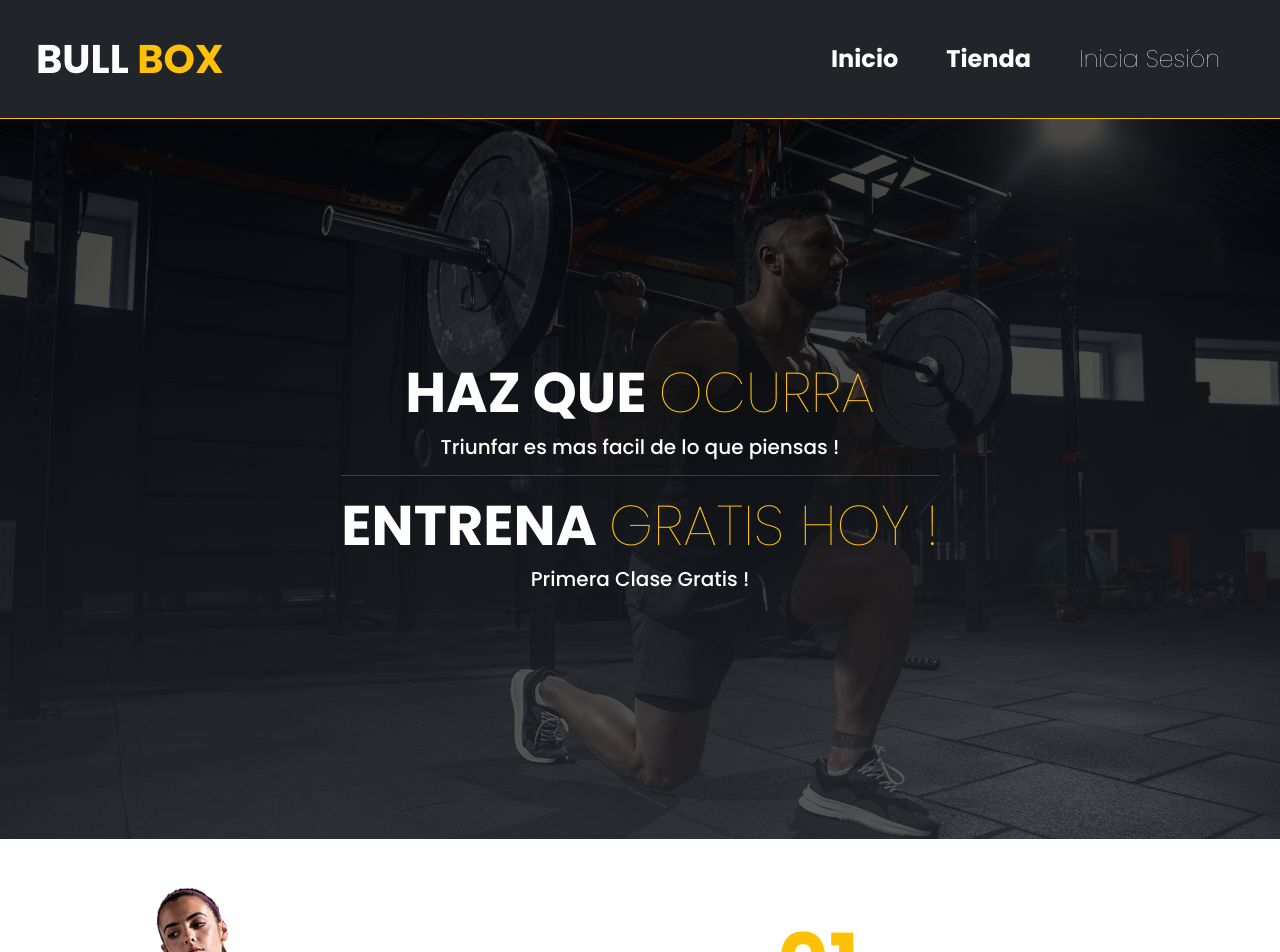
Repository: enjeru13/BullBox
Page: / (app in BullBox/)
These files come from the project's save history. The page is drawn as it stood at one moment and after the next save; the edit follows.
The browser window is 1280 px wide. The pictures show the part of the page from y = 0 to 952 px (the page is 4177 px tall).
The project was rebuilt for these pictures with package versions that can differ from the ones it lists, and the page was loaded fresh each time. Also part of the build but not shown: BullBox/vite.config.js, BullBox/src/pages/Registro.jsx, BullBox/src/pages/Login.jsx, BullBox/src/pages/Perfil.jsx, BullBox/src/pages/Tienda.jsx, BullBox/ProtectedRoute.jsx.

Above is the page before, as saved 2024-10-28 12:23:22.

### BullBox/index.html
<!doctype html>
<html lang="en">
  <head>
    <meta charset="UTF-8" />
    <link rel="icon" type="image/svg+xml" href="/vite.svg" />
    <link rel="preconnect" href="https://fonts.googleapis.com">
<link rel="preconnect" href="https://fonts.gstatic.com" crossorigin>
<link href="https://fonts.googleapis.com/css2?family=Poppins:ital,wght@0,100;0,200;0,300;0,400;0,500;0,600;0,700;0,800;0,900;1,100;1,200;1,300;1,400;1,500;1,600;1,700;1,800;1,900&family=Raleway:ital,wght@0,100;0,200;0,300;0,400;0,500;0,600;0,700;0,800;0,900;1,100;1,200;1,300;1,400;1,500;1,600;1,700;1,800;1,900&display=swap" rel="stylesheet">
    <meta name="viewport" content="width=device-width, initial-scale=1.0" />
    <title>Bull Box</title>
  </head>
  <body>
    <div id="root"></div>
    <script type="module" src="/src/main.jsx"></script>
    <script
    src="https://cdn.jsdelivr.net/npm/bootstrap@5.0.2/dist/js/bootstrap.bundle.min.js"
    integrity="sha384-MrcW6ZMFYlzcLA8Nl+NtUVF0sA7MsXsP1UyJoMp4YLEuNSfAP+JcXn/tWtIaxVXM"
    crossorigin="anonymous"
  ></script>
</html>

### BullBox/src/App.jsx
import { BrowserRouter, Routes, Route } from 'react-router-dom'
import { AuthProvider } from './context/AuthContext'
import Header from './components/Header'
import Inicio from './pages/Inicio'
import Registro from './pages/Registro'
import Login from './pages/Login'
import Perfil from './pages/Perfil'
import Tienda from './pages/Tienda'
import ProtectedRoute from '../ProtectedRoute'
import Footer from './components/Footer'

function App() {
  return (
    <AuthProvider>
      <BrowserRouter>
        <Header/>
        <Routes>
          <Route path='/' element={<Inicio />} />

          <Route path='/register' element={<Registro />} />

          <Route path='/login' element={<Login />} />

          <Route path='/tienda' element={<Tienda />} />

          <Route element={<ProtectedRoute/>}>
            <Route path='/profile' element={<Perfil />} />
          </Route>

        </Routes>
        <Footer/>
      </BrowserRouter>
    </AuthProvider>
  )
}

export default App

### BullBox/src/index.css
* {
 margin: 0;
 padding: 0;
 font-family: "Poppins", serif;
 font-optical-sizing: auto;
 font-weight: 100;
 font-style: normal;
}

/* Inicio */

.bg-image {
  background: linear-gradient(rgba(0, 0, 0, 0.717), rgba(36, 38, 42, 0.745)), url("/img/fondo.jpg");
  height: 100vh; /* 100vh = 100% de la altura de la viewport */
  width: 100vw; /* 100vw = 100% del ancho de la viewport */
  background-size: cover; /* Hace que la imagen cubra todo el espacio disponible */
  background-position: center; /* Centra la imagen */
  background-repeat: no-repeat; /* Evita que la imagen se repita */
  justify-content: center;
  align-items: center;
  display: flex;
}

/* Nosotros */

.bg {
  background-color: #dde1e9;
}

.justified-text {
  text-align: justify;
}

/* Servicios */

.bg-image-servicios {
  background: linear-gradient(rgba(0, 0, 0, 0.717), rgba(36, 38, 42, 0.745)), url("/img/fondo-servicios.jpg");
  background-size: cover; /* Hace que la imagen cubra todo el espacio disponible */
  background-position: center; /* Centra la imagen */
  background-repeat: no-repeat; /* Evita que la imagen se repita */
}

/* Planes */

.bg-image-planes {
  background: linear-gradient(rgba(0, 0, 0, 0.717), rgba(36, 38, 42, 0.745)), url("/img/fondo-planes1.jpg");
  background-size: cover; /* Hace que la imagen cubra todo el espacio disponible */
  background-position: center; /* Centra la imagen */
  background-repeat: no-repeat; /* Evita que la imagen se repita */
}

.bg-card {
  background: linear-gradient(rgba(0, 0, 0, 0.745), rgb(18, 17, 17));
}

### BullBox/src/context/AuthContext.jsx
import { createContext, useContext, useState, useEffect } from 'react'
import { registerRequest, loginRequest, verifyTokenRequest } from '../api/auth'
import Cookies from 'js-cookie'

const AuthContext = createContext();

// eslint-disable-next-line react-refresh/only-export-components
export const useAuth = () => {
    const context = useContext(AuthContext)
    if (!context) {
        throw new Error('useAuth deberia estar dentro del Provider')
    }
    return context
}

// eslint-disable-next-line react/prop-types
export const AuthProvider = ({ children }) => {

    const [user, setUser] = useState(null)
    const [isAuthenticated, setIsAuthenticated] = useState(false)
    const [errors, setErrors] = useState([])
    const [loading, setLoading] = useState(true)

    const signUp = async (user) => {
        try {
            const res = await registerRequest(user)
            console.log(res.data)
            setUser(res.data)
            setIsAuthenticated(true)
        } catch (error) {
            console.log(error.response)
            setErrors(error.response.data)
        }
    }

    const signIn = async (user) => {
        try {
            const res = await loginRequest(user)
            console.log(res.data)
            setUser(res.data)
            setIsAuthenticated(true)
        } catch (error) {
            if (Array.isArray(error.response.data)) {
                return setErrors(error.response.data)
            }
            setErrors([error.response.data.message])
        }
    }

    const logOut = () => {
        Cookies.remove('token')
        setIsAuthenticated(false)
        setUser(null)
    }

    // timer de las alertas de errores

    useEffect(() => {
        if (errors.length > 0) {
            const timer = setTimeout(() => {
                setErrors([])
            }, 3000);
            return () => clearTimeout(timer)
        }
    }, [errors])

    useEffect(() => {
        async function checkLogin() {
            const cookies = Cookies.get()

            if (!cookies.token) {
                setIsAuthenticated(false)
                setLoading(false)
                return setUser(null)
            }
            try {
                const res = await verifyTokenRequest(cookies.token)
                if (!res.data) {
                    setIsAuthenticated(false)
                    setLoading(false)
                    return
                }

                setIsAuthenticated(true)
                setUser(res.data)
                setLoading(false)

            } catch (error) {
                console.log(error)
                setIsAuthenticated(false)
                setUser(null)
                setLoading(false)
            }
        }
        checkLogin()
    }, [])

    return (
        <AuthContext.Provider value={{
            signUp,
            signIn,
            logOut,
            loading,
            user,
            isAuthenticated,
            errors,
        }}>
            {children}
        </AuthContext.Provider>
    )
}

export default AuthContext

### BullBox/src/components/Header.jsx
import { Link } from "react-router-dom"
import { useAuth } from '../context/AuthContext'

function Header() {

    const { isAuthenticated, logOut, user } = useAuth()

    return (
        <>
            <nav className="navbar navbar-expand-lg bg-dark border-bottom border-warning p-4 sticky-top">
                <div className="container-fluid">
                    <a className="navbar-brand text-white fs-1 fw-bold" href='#'>BULL <span className="text-warning fw-bold">BOX</span></a>
                    <button className="navbar-toggler border-2 border-warning" type="button" data-bs-toggle="collapse" data-bs-target="#navbarNav" aria-controls="navbarNav" aria-expanded="false" aria-label="Toggle navigation">
                        <span className="navbar-toggler-icon"></span>
                    </button>
                    <div className="collapse navbar-collapse " id="navbarNav">
                        <ul className="navbar-nav ms-auto justify-content-center align-items-center">
                            <li className="nav-item">
                                <Link className="nav-link text-white fs-4 active mx-3 fw-bold" aria-current="page" to="/">Inicio</Link>
                            </li>
                            <li className="nav-item">
                                <Link className="nav-link text-white fs-4 mx-3 fw-bold" to="/tienda">Tienda</Link>
                            </li>
                            {isAuthenticated ? (
                                <>
                                    <li className="nav-item">
                                        <Link className="nav-link text-white fs-4 mx-3 fw-bold" to='/profile'>Tu perfil {user.username} </Link>
                                    </li>
                                    <li className="nav-item ">
                                        <Link className="nav-link text-white fs-4 mx-3 fw-bold" to='/' onClick={() => {
                                            logOut()
                                        }}>Cerrar Sesión</Link>
                                    </li>
                                </>
                            ) : (
                                <>
                                    <li className="nav-item">
                                        <Link className="nav-link text-white fs-4 mx-3" to="/login">Inicia Sesión</Link>
                                    </li>
                                </>)}
                        </ul>
                    </div >
                </div >
            </nav >
        </>
    )
}

export default Header

### BullBox/src/pages/Inicio.jsx
import { FontAwesomeIcon } from '@fortawesome/react-fontawesome';
import { faLocationPin, faDumbbell, faPersonRunning, faWeightHanging } from '@fortawesome/free-solid-svg-icons';
import nosotros from '/img/nosotros.png'
import servicios from '/img/servicios.png'
import QRvzla from '/img/QRvzla.jpg'
import Mapa from '../components/Mapa'

function Inicio() {
    return (
        <>
            {/* Inicio */}

            <section className="bg-image text-center text-white fw-bold">
                <div className=''>
                    <h2 className='fw-bold display-4'>HAZ QUE <span className='text-warning'>OCURRA</span></h2>
                    <h5 className=''>Triunfar es mas facil de lo que piensas !</h5>
                    <hr className='text-warning' />
                    <h2 className='fw-bold display-4'>ENTRENA <span className='text-warning'>GRATIS HOY ! </span> </h2>
                    <h5 className=''>Primera Clase Gratis !</h5>
                </div>
            </section>

            {/* Nosotros */}

            <section className='container fw-bold p-5'>
                <div className='row justify-content-center align-items-center'>
                    <div className='col-md-4'>
                        <img className='img-fluid' src={nosotros} />
                    </div>
                    <div className='col-md-8 my-4 text-center'>
                        <div className='text-warning fw-bold display-1'>
                            01
                        </div>
                        <span className='fw-bold'>LA MEJOR EXPERIENCIA</span>
                        <h1 className='text-warning fw-bold display-4'>NOSOTROS</h1>
                        <p className='justified-text pt-3 fw-bold'> Creemos en el poder del movimiento y en el potencial ilimitado de cada persona. Nuestro equipo de expertos te guiará en cada paso del camino, diseñando planes de entrenamiento personalizados para ayudarte a alcanzar tus metas. </p>
                    </div>
                </div>
                <div >
                    <h1 className='text-center pt-3 pb-3 text-warning fw-bold'>Nuestra ubicacion</h1>
                    <Mapa />
                </div>
                <div>
                    <h3 className='text-center pt-4 fw-bold'> <FontAwesomeIcon className='text-warning me-2' icon={faLocationPin} />Barrio Obrero Calle 15 entre Carreras 21 y 22</h3>
                </div>
            </section>

            {/* Servicios */}

            <section className='bg-image-servicios fw-bold p-5 text-center text-white'>
                <div className='row justify-content-center align-items-center'>
                    <div className='col-md-8 my-4 text-center'>
                        <div className='text-warning fw-bold display-1'>
                            02
                        </div>
                        <span className='fw-bold'>LA MEJOR EXPERIENCIA</span>
                        <h2 className='text-warning fw-bold display-4'>SERVICIOS</h2>
                        <p className='justified-text pt-3 fw-bold'> ¿Sueñas con un cuerpo más fuerte y saludable?, te ofrecemos todo lo que necesitas para alcanzar tus metas. Desde entrenamientos personalizados hasta clases grupales dinámicas, te guiaremos paso a paso en tu transformación física y mental. </p>
                    </div>
                    <div className='col-md-4'>
                        <img className='img-fluid' src={servicios} />
                    </div>
                </div>
            </section>

            <div className="card text-center m-4 fw-bold bg-dark text-white">
                <div className="card-header border-warning">
                    <h2 className="text-center fw-bold"><i className='me-3'><FontAwesomeIcon icon={faDumbbell} /></i>Clases de <span className='text-warning fw-bold'>Levantamiento de Pesas</span></h2>
                </div>
                <div className="card-body">
                    <p className="card-text text-center fw-bold">El levantamiento de pesas es el ejercicio perfecto para tonificar tus músculos y esculpir tu cuerpo. ¡Anímate a probarlo!</p>
                </div>
            </div>

            <div className="card text-center m-4 fw-bold bg-dark text-white">
                <div className="card-header border-warning">
                    <h2 className=" fw-bold card-title text-center"><i className='me-3'><FontAwesomeIcon icon={faWeightHanging} /></i>Clases de <span className='text-warning fw-bold'>Crosstraining</span></h2>
                </div>
                <div className="card-body">
                    <p className="card-text text-center fw-bold">Combina ejercicios funcionales, constantemente variados y ejecutados a alta intensidad, para mejorar tu fuerza, resistencia y condición física general. ¡Descubre tu potencial!</p>
                </div>
            </div>

            <div className="card text-center m-4 fw-bold bg-dark text-white">
                <div className="card-header border-warning">
                    <h2 className=" fw-bold card-title text-center"><i className='me-3'><FontAwesomeIcon icon={faPersonRunning} /></i>Entrenamientos <span className='text-warning fw-bold'>GAP</span></h2>
                </div>
                <div className="card-body">
                    <p className="card-text text-center fw-bold">Este entrenamiento se enfoca en fortalecer glúteos, abdomen y piernas, logrando una figura más tonificada y definida. ¡Ideal para quienes buscan resultados rápidos y efectivos!</p>
                </div>
            </div>

            {/* Planes */}

            <section className='bg-image-planes fw-bold p-5 text-center text-white'>
                <div className=''>
                    <div className='text-warning fw-bold display-1'>
                        03
                    </div>
                    <span className='fw-bold'>LA MEJOR EXPERIENCIA</span>
                    <h2 className='text-warning fw-bold display-4'>Planes</h2>
                </div>
                <p className='justified-text pt-3 fw-bold'>Elige el plan que se adapte a tu estilo de vida y alcanza tus objetivos de forma rápida y segura. Ofrecemos planes personalizados con entrenamiento funcional, cardiovascular y asesoramiento nutricional para optimizar tus resultados. ¡Únete a nuestra comunidad fitness y descubre tu máximo potencial ! </p>
                <div className="row row-cols-1 row-cols-md-3 g-5 pt-5">
                    <div className="col">
                        <div className="bg-card card h-100">
                            <div className="card-body">
                                <h5 className="card-title text-center text-warning display-3 fw-bold m-3 border-bottom border-3 border-warning">2 BULL</h5>
                                <p className="card-text text-center text-white fs-1 fw-bold">2 CLASES POR SEMANA</p>
                                <br />
                                <p className='text-center fs-1 text-warning fw-bold'>12$</p>
                                <p className='text-center text-white fs-1 fw-bold'>MENSUAL</p>
                            </div>
                        </div>
                    </div>
                    <div className="col">
                        <div className="bg-card card h-100">
                            <div className="card-body">
                                <h5 className="card-title text-center text-warning display-3 fw-bold border-bottom border-3 border-warning">FULL BOX</h5>
                                <br />
                                <p className="card-text text-center text-white fs-1 fw-bold ">5 CLASES POR SEMANA</p>
                                <br />
                                <p className='text-center fs-1 text-warning fw-bold'>20$</p>
                                <p className='text-center text-white fs-1 fw-bold'>MENSUAL</p>
                            </div>
                        </div>
                    </div>
                    <div className="col">
                        <div className="bg-card card h-100">
                            <div className="card-body">
                                <h5 className="card-title text-center text-warning display-3 fw-bold m-3 border-bottom border-3 border-warning">3 BULL</h5>
                                <p className="card-text text-center text-white fs-1 fw-bold">3 CLASES POR SEMANA</p>
                                <br />
                                <p className='text-center fs-1 text-warning fw-bold'>15$</p>
                                <p className='text-center text-white fs-1 fw-bold'>MENSUAL</p>
                            </div>
                        </div>
                    </div>
                    <div className='container-fluid h-100 d-flex flex-column justify-content-center align-items-center pt-5'>
                        <button type="button" className="btn btn-warning fw-bold fs-4" data-bs-toggle="modal" data-bs-target="#staticBackdrop">
                            Metodos de Pago
                        </button>
                    </div>
                    <div className="modal fade" id="staticBackdrop" data-bs-backdrop="static" data-bs-keyboard="false" tabIndex="-1" aria-labelledby="staticBackdropLabel" aria-hidden="true">
                        <div className="modal-dialog">
                            <div className="modal-content bg-dark">
                                <div className="modal-header">
                                    <h1 className="modal-title text-warning fs-4" id="staticBackdropLabel">Métodos de Pago</h1>
                                    <button type="button" className="btn-close" data-bs-dismiss="modal" aria-label="Close"></button>
                                </div>
                                <div className="modal-dialog modal-dialog-scrollable text-warning fs-5">
                                    Utiliza el método de pago que mejor se adapte a ti!
                                </div>
                                <p className='text-warning text-center fs-5'>QR Banco de Venezuela</p>
                                <img src={QRvzla} alt="QR banco de Venezuela" />
                                <p className='text-warning text-center fs-5 pt-3'>QR Banco de Venezuela</p>
                                <img src={QRvzla} alt="" />
                                <p className='text-warning text-center fs-5'>QR Banco de Venezuela</p>
                                <img src={QRvzla} alt="" />
                            </div>
                        </div>
                    </div>
                </div>
            </section>
            {/* <Footer /> */}
        </>

    )
}

export default Inicio

### BullBox/src/components/Footer.jsx
import { FontAwesomeIcon } from '@fortawesome/react-fontawesome';
import { faWhatsapp, faFacebook, faInstagram } from '@fortawesome/free-brands-svg-icons';

function Footer() {
    return (
        <div className='d-flex flex-column align-items-center text-center bg-dark border-top border-warning container-fluid p-1'>
            <h5 className='text-white fw-bold'>2024 - BULL <span className='text-warning fw-bold'>BOX</span> Todos los Derechos Reservados</h5>
            <div className="d-flex justify-content-center">
                <div className="nav-item">
                    <a className="nav-link text-white fs-2" href="#"><FontAwesomeIcon icon={faWhatsapp} /></a>
                </div>
                <div className="nav-item">
                    <a className="nav-link text-white fs-2 ms-5" href="#"><FontAwesomeIcon icon={faFacebook} /></a>
                </div>
                <div className="nav-item">
                    <a className="nav-link text-white fs-2 ms-5" href="#"><FontAwesomeIcon icon={faInstagram} /></a>
                </div>
            </div>
        </div>
    )
}

export default Footer

### BullBox/src/api/auth.js
import axios from "./axios";

export const registerRequest = (user) => axios.post(`/register`, user);

export const loginRequest = (user) => axios.post(`/login`, user);

export const verifyTokenRequest = () => axios.get(`/verify`);

### BullBox/src/components/Mapa.jsx
import { MapContainer, TileLayer, Marker, Popup } from 'react-leaflet'
import 'leaflet/dist/leaflet.css'
import './Mapa.css'


const Mapa = () => {
    return (

        <div className='container-fluid'>
            <MapContainer center={{ lat: '7.7819182', lng: '-72.2228125' }} zoom={16}>
                <TileLayer url='https://tile.openstreetmap.org/{z}/{x}/{y}.png'
                    attribution='&copy; <a href="http://www.openstreetmap.org/copyright">OpenStreetMap</a>' />
                <Marker position={{ lat: '7.7819182', lng: '-72.2228125' }}>
                    <Popup>
                        Ubicacion de BULL BOX
                    </Popup>
                </Marker>
            </MapContainer>
        </div>
    )
}

export default Mapa

### BullBox/src/api/axios.js
import axios from "axios";

const instance = axios.create({
    baseURL: 'http://localhost:3000/api',
    withCredentials: true
})

export default instance

### BullBox/src/components/Mapa.css
.leaflet-container {
    width: 100%;
    height: 300px;
    background: #000;
}

Loaded but not shown: BullBox/src/main.jsx (common file)

After the next save:
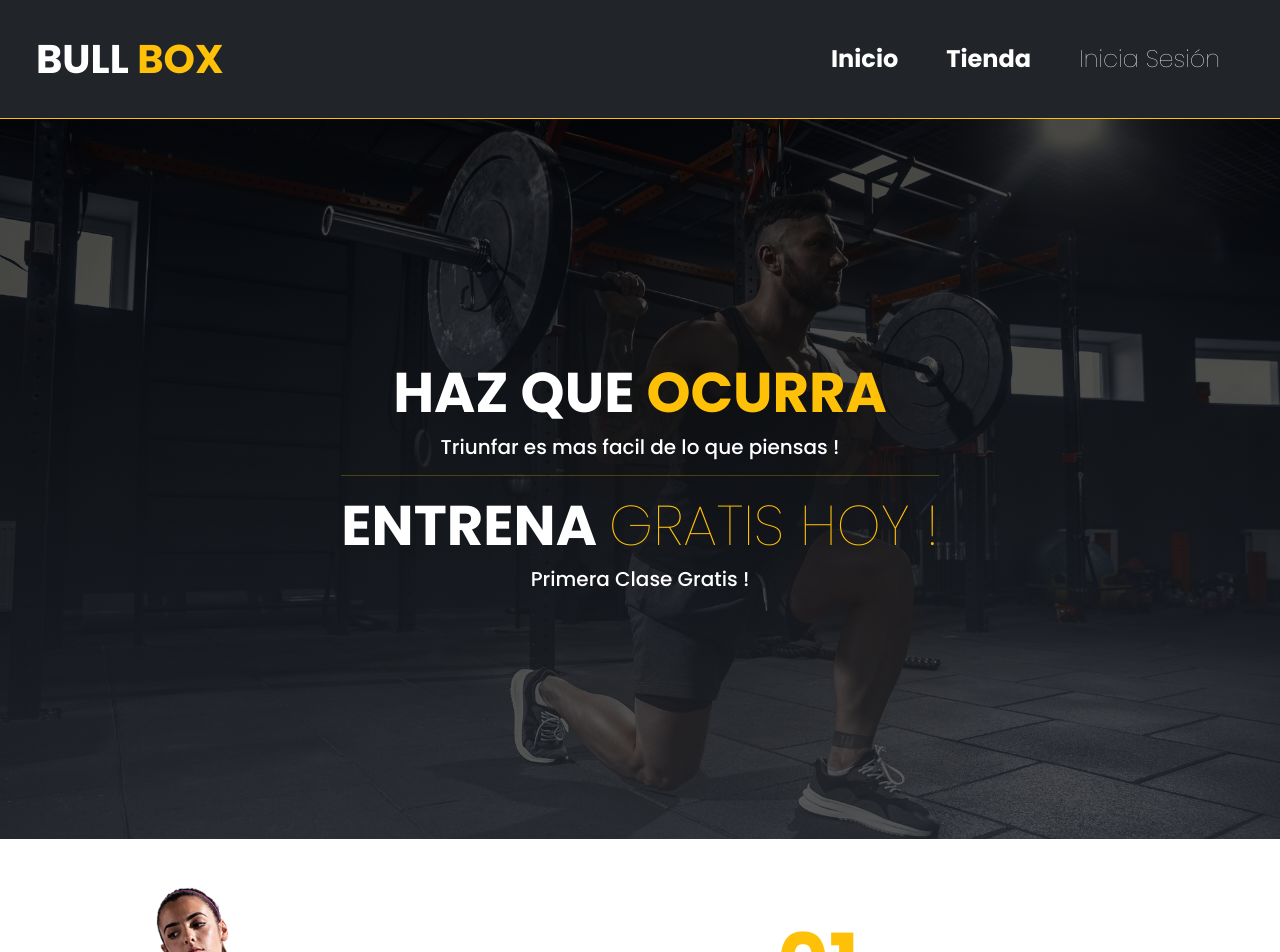
Saved 21 s later.
--- a/BullBox/src/pages/Inicio.jsx
+++ b/BullBox/src/pages/Inicio.jsx
@@ -12,7 +12,7 @@ function Inicio() {
 
             <section className="bg-image text-center text-white fw-bold">
                 <div className=''>
-                    <h2 className='fw-bold display-4'>HAZ QUE <span className='text-warning'>OCURRA</span></h2>
+                    <h2 className='fw-bold display-4'>HAZ QUE <span className='text-warning fw-bold'>OCURRA</span></h2>
                     <h5 className=''>Triunfar es mas facil de lo que piensas !</h5>
                     <hr className='text-warning' />
                     <h2 className='fw-bold display-4'>ENTRENA <span className='text-warning'>GRATIS HOY ! </span> </h2>
